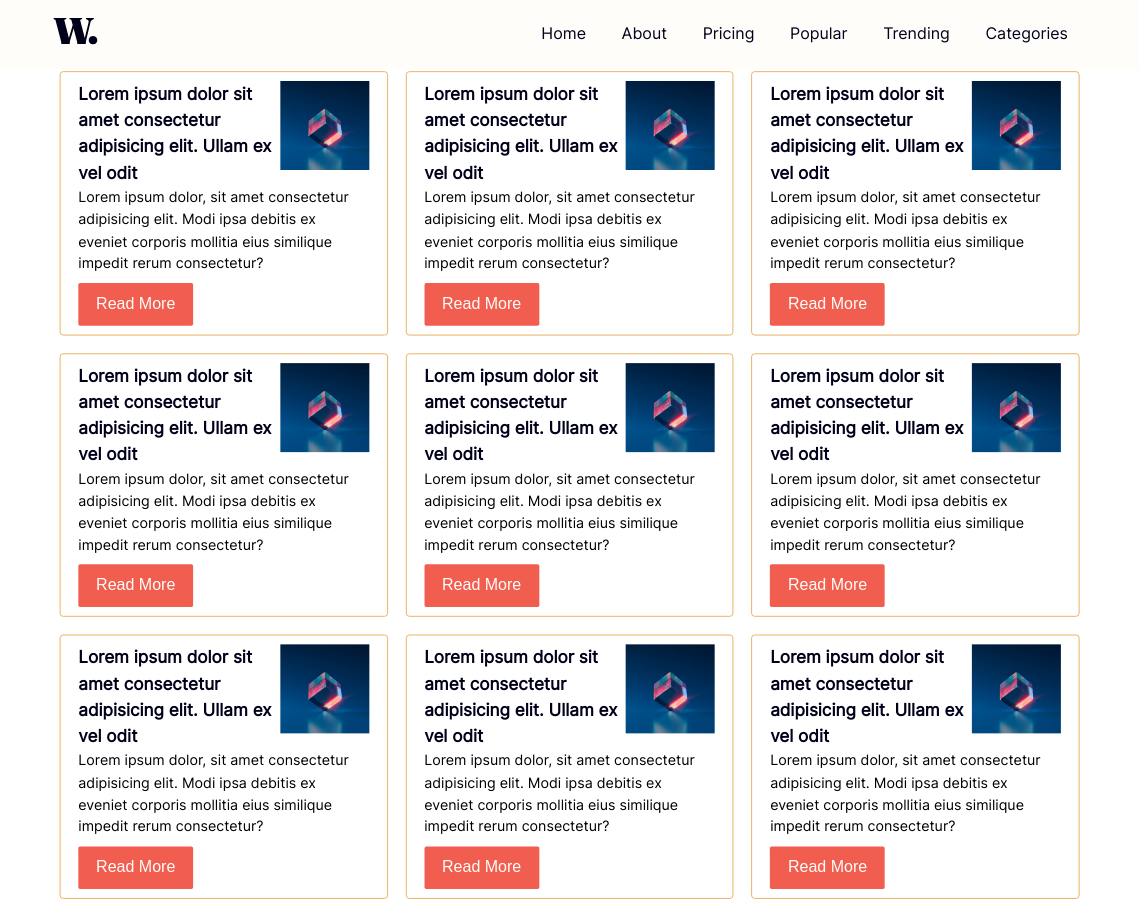
Repository: Benedict-Anthony/web3.0-blog-chain
Page: /trending
The author's editor kept a copy of each file at every save. The page is drawn from the files as they stood at one save, then again after the next save.
The browser window is 1280 px wide. The pictures show the whole page, at 89% of full size.
The project was rebuilt for these pictures with package versions that can differ from the ones it lists, and the page was loaded fresh each time. The framework's server and built-in components were replaced by stand-ins that run in the browser. Also part of the build but not shown: next.config.js, styles/styles.css.

Above is the page before, as saved 2022-12-21 03:17:11.

After the next save:
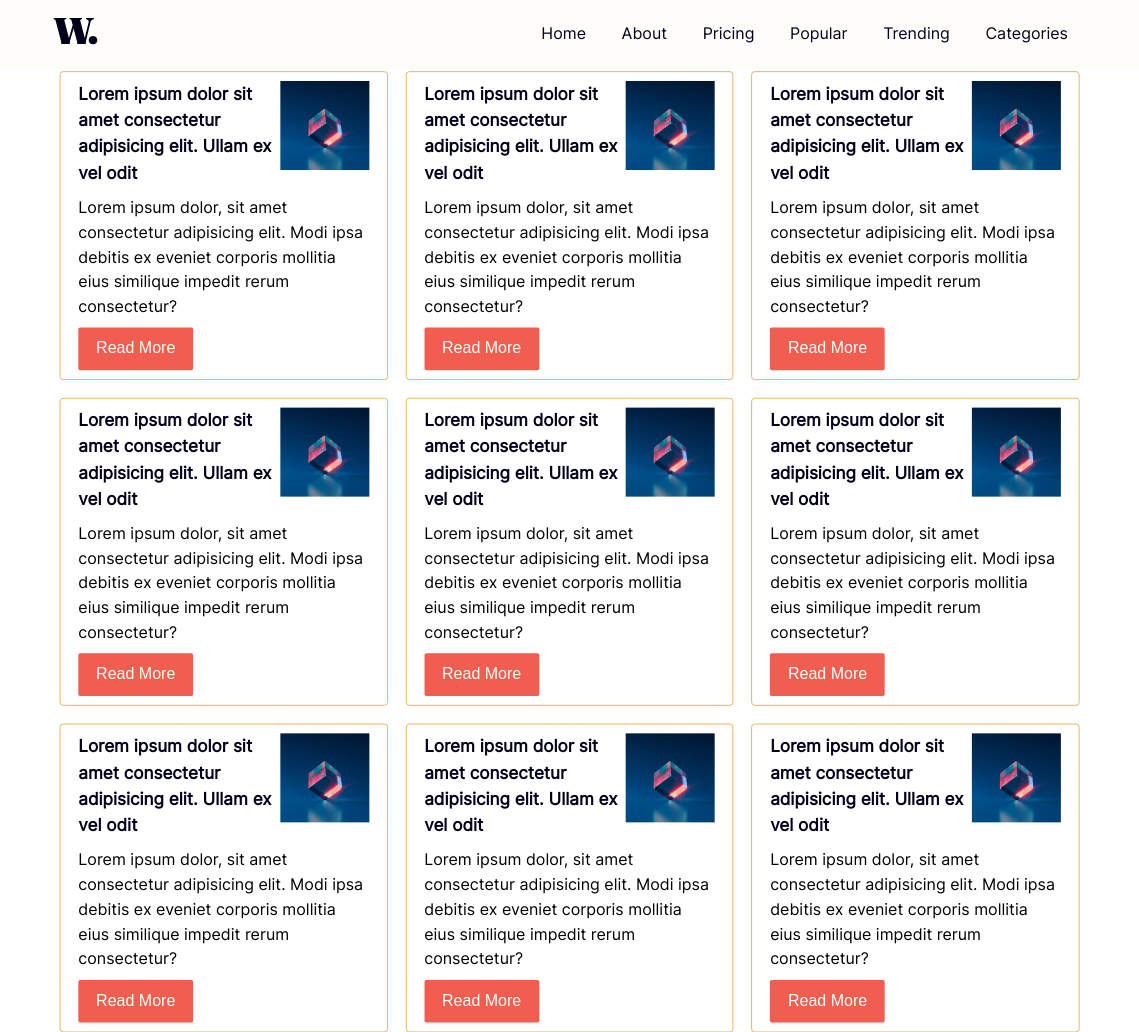
Saved 15 s later.
--- a/styles/Trending.module.scss
+++ b/styles/Trending.module.scss
@@ -24,7 +24,8 @@
 
     }
     p{
-        font-size: 16px;
+        font-size: 18px;
+        padding-top: 10px;
     }
 
 
